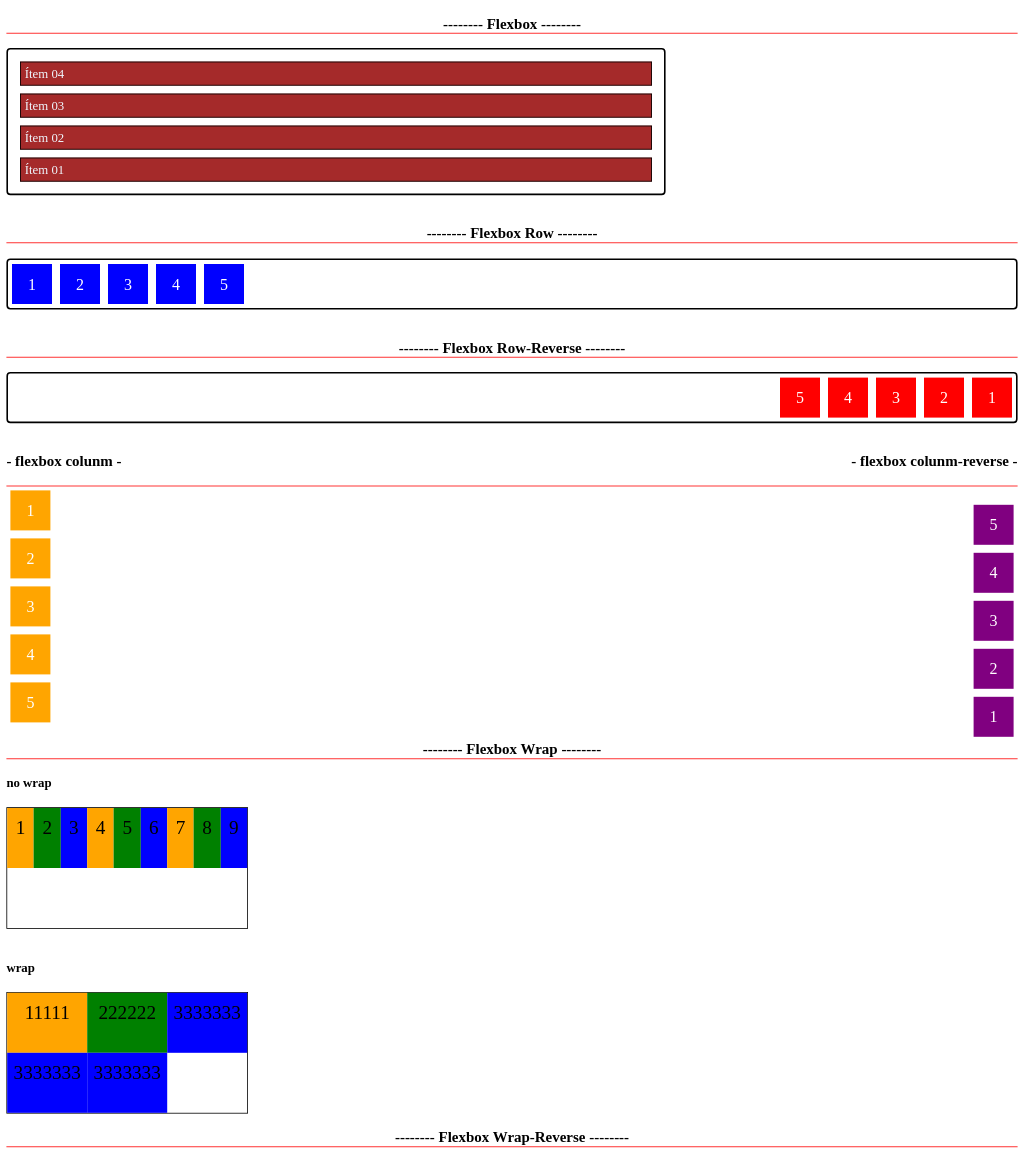
Repository: ozielms/flexbox
Page: outros/flexbox-master/index.html
The author's editor kept a copy of each file at every save. The page is drawn from the files as they stood at one save, then again after the next save.
The browser window is 1280 px wide. The pictures show the whole page, at 80% of full size.

Above is the page before, as saved 2022-04-26 00:36:57.

After the next save:
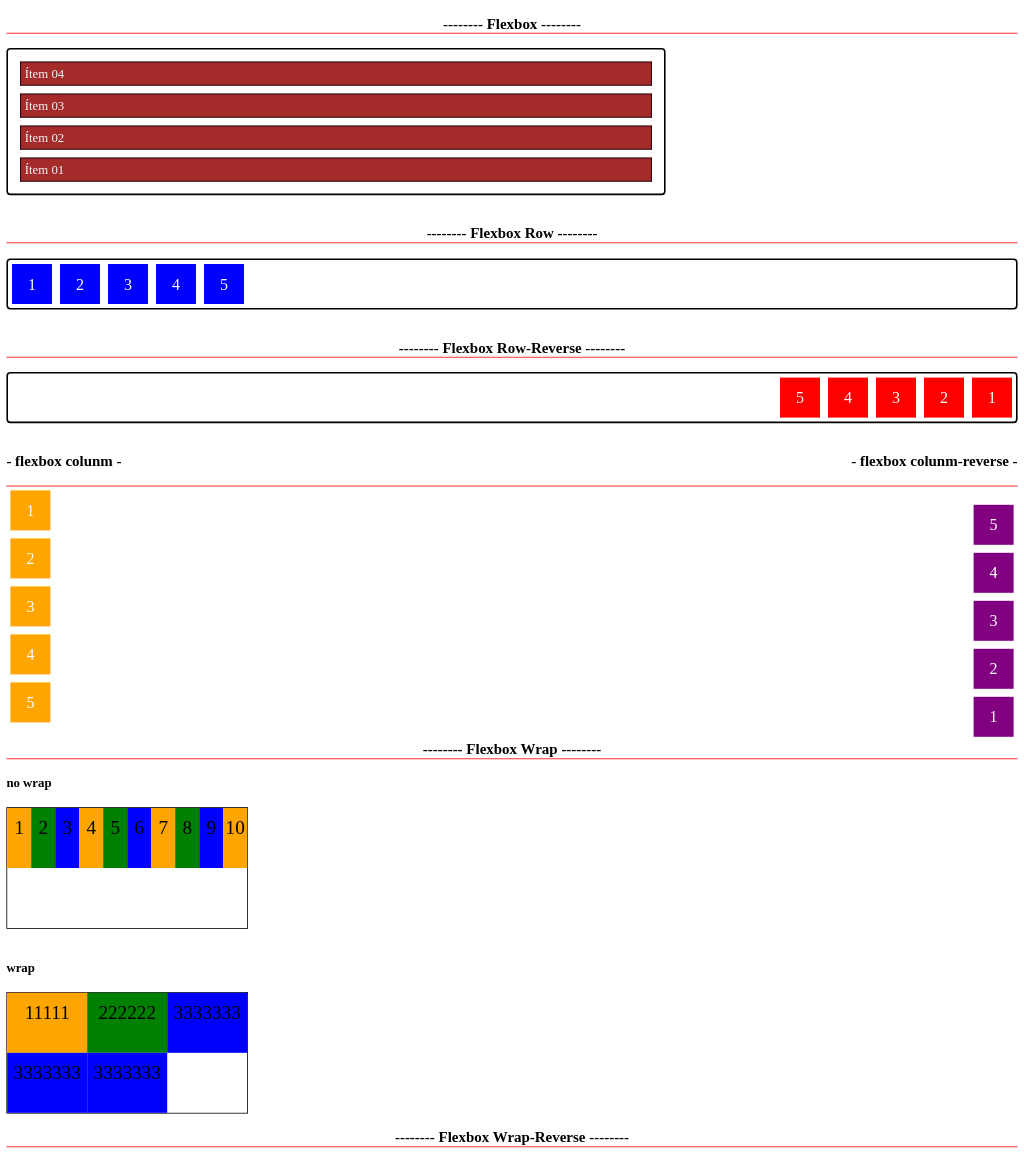
Saved 9 s later.
--- a/outros/flexbox-master/index.html
+++ b/outros/flexbox-master/index.html
@@ -86,6 +86,7 @@
         <div class="item orange">7</div>
         <div class="item green">8</div>
         <div class="item blue">9</div>
+        <div class="item orange">10</div>
     </div>
     <br>
     <h4>wrap</h4>
